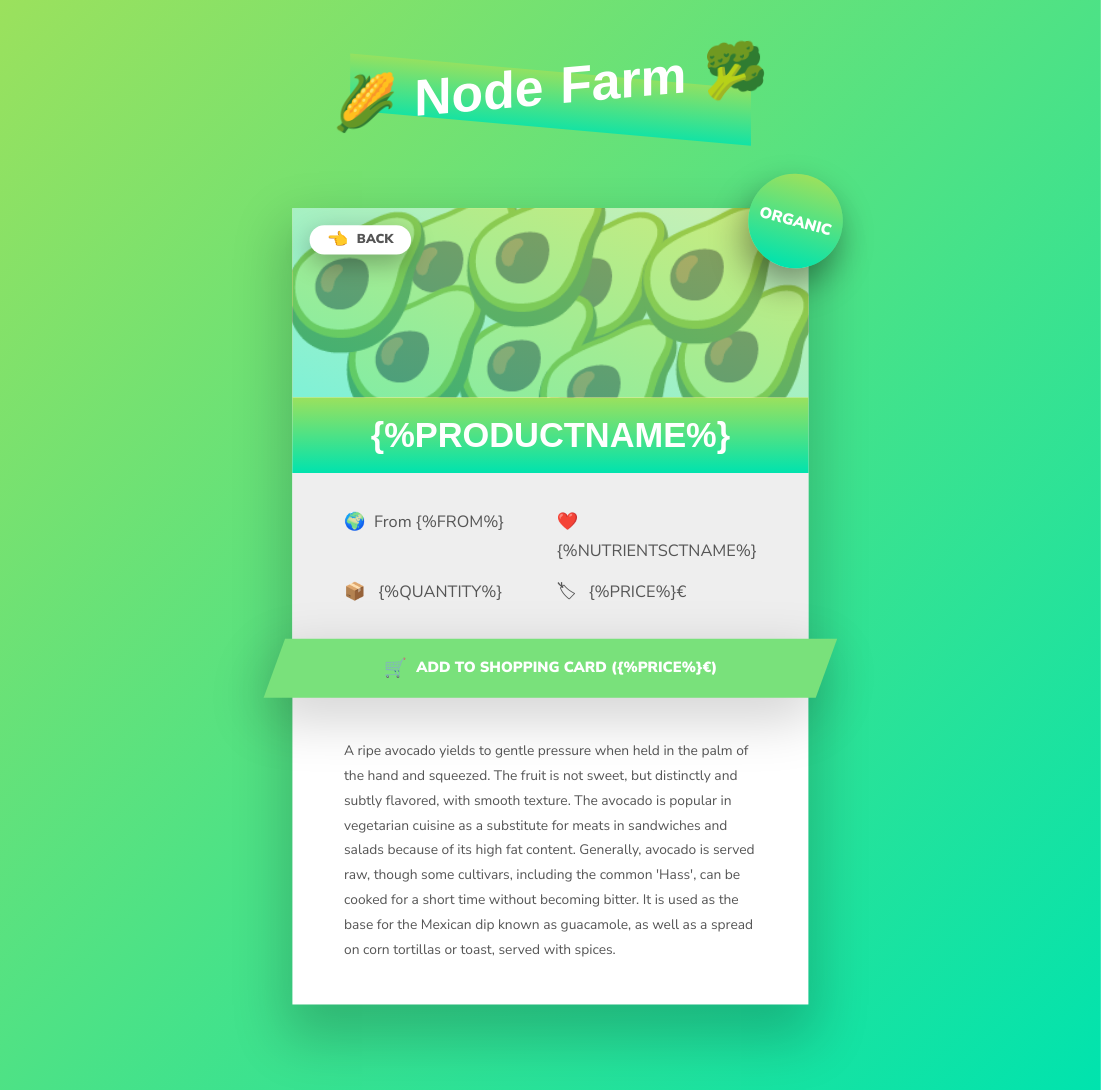
Repository: Kaii-Dev/NODEJS-by-JONAS
Page: 1-node-farm/starter/templates/product.html
The author's editor kept a copy of each file at every save. The page is drawn from the files as they stood at one save, then again after the next save.
The browser window is 1280 px wide. The pictures show the whole page, at 86% of full size.
Some web fonts or font styles are not loaded; a fallback is used.

Above is the page before, as saved 2022-08-03 13:48:16.

After the next save:
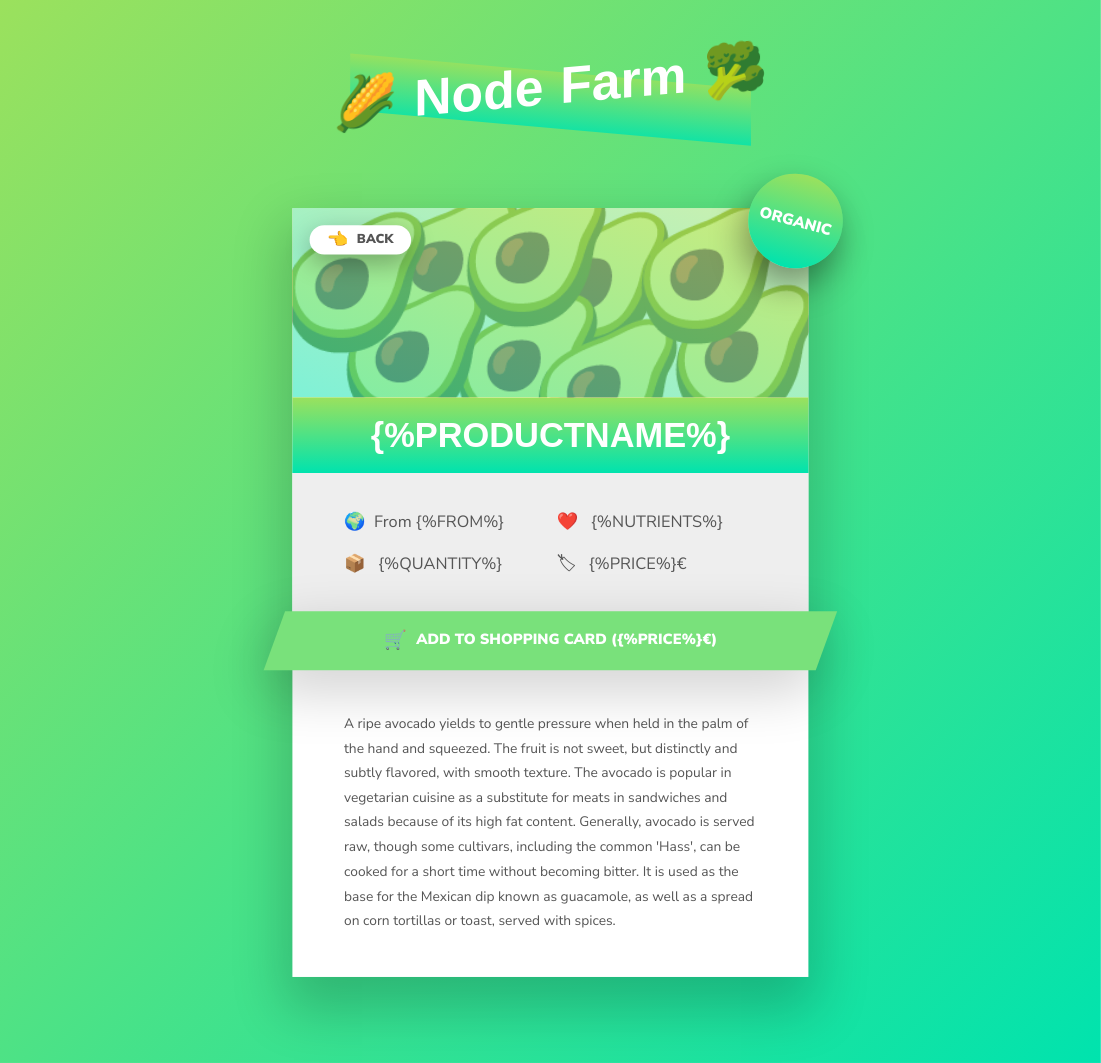
Saved 9 s later.
--- a/1-node-farm/starter/templates/product.html
+++ b/1-node-farm/starter/templates/product.html
@@ -288,7 +288,7 @@
         <h2 class="product__name">{%PRODUCTNAME%}</h2>
         <div class="product__details">
           <p><span class="emoji-left">🌍</span>From {%FROM%}</p>
-          <p><span class="emoji-left">❤️</span> {%NUTRIENTSCTNAME%}</p>
+          <p><span class="emoji-left">❤️</span> {%NUTRIENTS%}</p>
           <p><span class="emoji-left">📦</span> {%QUANTITY%}</p>
           <p><span class="emoji-left">🏷</span> {%PRICE%}€</p>
         </div>
